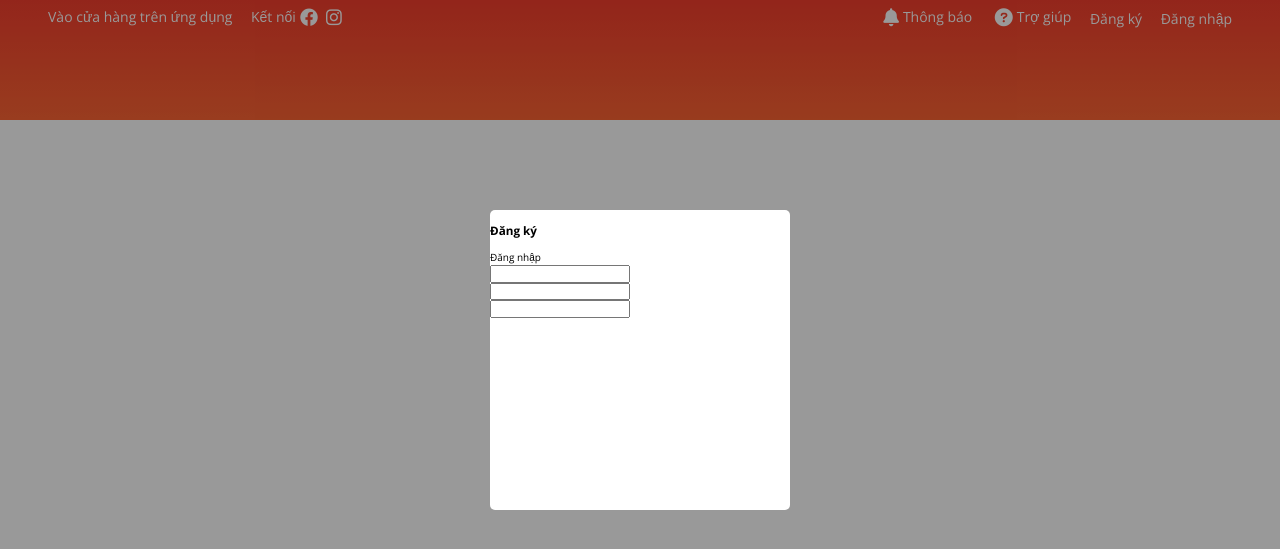
Repository: trongtamdev/Clone-Shopee-Page
Page: index.html
The author's editor kept a copy of each file at every save. The page is drawn from the files as they stood at one save, then again after the next save.
The browser window is 1280 px wide. The pictures show the whole page.

Above is the page before, as saved 2022-07-08 14:49:43.

### index.html
<!DOCTYPE html>
<html lang="en">

<head>
    <meta charset="UTF-8">
    <meta http-equiv="X-UA-Compatible" content="IE=edge">
    <meta name="viewport" content="width=device-width, initial-scale=1.0">
    <title>Document</title>
    <link rel="stylesheet" href="https://cdnjs.cloudflare.com/ajax/libs/normalize/8.0.1/normalize.min.css">
    <link rel="stylesheet" href="assets/css/base.css">
    <link rel="stylesheet" href="assets/css/main.css">
    <link rel="stylesheet" href="assets/fonts/fontawesome-free-6.1.1/css/all.min.css">
    <link href="https://fonts.googleapis.com/css2?family=Open+Sans:wght@300;400;500;700&display=swap" rel="stylesheet">
</head>
    <div class="app">
        <header class="header">
            <div class="grid">
                <nav class="header__navbar">
                    <ul class="header__navbar-list">
                        <li class="header__navbar-item header__navbar-item--has-qr">
                            Vào cửa hàng trên ứng dụng
                            <div class="header__qr">
                                <img src="assets/img/qr_code.png" alt="QR code" class="header__qr-img">
                                <div class="header__qr-apps">
                                    <a href="" class="header__qr-link">
                                        <img src="assets/img/google_play.png" alt="Google play" class="header__qr-download-img">
                                    </a>
                                    <a href="" class="header__qr-link">
                                        <img src="assets/img/app_store.png" alt="App store" class="header__qr-download-img">
                                    </a>
                                </div>
                            </div>
                        </li>
                        <li class="header__navbar-item">
                            <span class="header__navbar-title--no-pointer">Kết nối</span>
                            <a href="" class="header__navbar-icon-link">
                                <i class="header__navbar-icon fa-brands fa-facebook"></i>
                            </a>
                            <a href="" class="header__navbar-icon-link">
                                <i class="header__navbar-icon fa-brands fa-instagram"></i>
                            </a>
                        </li>
                    </ul>

                    <ul class="header__navbar-list">
                        <li class="header__navbar-item">
                            <a href="" class="header__navbar-item-link">
                                <i class="header__navbar-icon fa-solid fa-bell"></i>
                                Thông báo</a>
                        </li>

                        <li class="header__navbar-item">
                            <a href="" class="header__navbar-item-link">
                                <i class="header__navbar-icon fa-solid fa-circle-question"></i>
                                Trợ giúp</a>
                        </li>

                        <li class="header__navbar-item header__navbar-item--strong">Đăng ký</li>
                        <li class="header__navbar-item header__navbar-item--strong">Đăng nhập</li>
                    </ul>
                </nav>
            </div>

        </header>

        <div class="container">

        </div>

        <footer class="footer">

        </footer>
    </div>
    <div class="modal">
        <div class="modal__overlay">

        </div>
        <div class="modal__body">
            <div class="modal__inner">
                <!-- Auth form -->
                <div class="auth-form">
                    <div class="auth-form__header">
                        <h3 class="auth-form__heading">Đăng ký</h3>
                        <span class="auth-form__switch-btn">Đăng nhập</span>
                    </div>

                    <div class="auth-form__form">
                        <div class="auth-form__group">
                            <input type="text" class="auth-form__input" placeholder=""Email của bạn>
                        </div>

                        <div class="auth-form__group">
                            <input type="password" class="auth-form__input" placeholder=""Mật khẩu của bạn>
                        </div>

                        <div class="auth-form__group">
                            <input type="password" class="auth-form__input" placeholder=""Nhập lại mật khẩu>
                        </div>
                    </div>
                </div>
            </div>
        </div>
    </div>
<body>

</body>

</html>

### assets/css/base.css
:root {
    --white-color :#fff;
    --back-color :#000;
    --text-color : #333;
}

*{
    box-sizing: inherit;
}

html {
    font-size: 62.5%;
    line-height: 1.6rem;
    font-family: 'Open Sans', sans-serif;;
    box-sizing: border-box;
}

.grid {
    width: 1200px;
    max-width: 100%;
    margin: 0 auto;
}

.grid__full-width {
    width: 100%;
}

.grid__row {
    display: flex;
    flex-wrap: wrap
}

/* Animation */
@keyframes fadeIn {
    from {
        opacity: 0;
    }to {
        opacity: 1;
    }
}

/* Modal */

.modal {
    position: fixed;
    top: 0;
    right: 0;
    bottom: 0;
    left: 0;
    display: flex;
}

.modal__overlay {
    position: absolute;
    width: 100%;
    height: 100%;
    background-color: rgba(0, 0, 0, 0.4);
}

.modal__body {
    width: 300px;
    height: 300px;
    background-color: var(--white-color);
    margin: auto;
    position: relative;
    z-index: 1;
    border-radius: 5px;
}

### assets/css/main.css
.header {
    height: 120px;
    background-image: linear-gradient(0, #fe6433, #f53e2d);
}

.header__navbar {
    display: flex;
    justify-content: space-between;
}

.header__navbar-list {
    list-style: none;
    padding: 0;
    margin-top: 4px;
}

.header__navbar-item {
    margin: 0 8px;
    position: relative;
    min-height: 26px;
}

.header__navbar-item--has-qr:hover .header__qr {
    display: block;
}

.header__navbar-item,
.header__navbar-item-link{
    display: inline-block;
    font-size: 1.4rem;
    color :var(--white-color);
    text-decoration: none;
    font-weight: 300;
}

.header__navbar-item,
.header__navbar-item-link,
.header__navbar-icon-link {
    display: inline-flex;
    align-items: center;
}

.header__navbar-item:hover,
.header__navbar-item-link:hover,
.header__navbar-icon-link:hover{
    cursor: pointer;
    color: rgba(255, 255, 255, 0.7);
}

.header__navbar-item--strong {
    font-weight: 400;
}


.header__navbar-icon-link {
    color: var(--white-color);
    text-decoration: none;
}

.header__navbar-icon {
    font-size: 1.8rem;
    margin: 0 4px;
}

.header__navbar-title--no-pointer {
    color: var(--white-color);
    cursor: text;
}

/* Header QR code */

.header__qr {
    width: 186px;
    background-color: var(--white-color);
    position: absolute;
    left: 0;
    top: 118%;
    padding: 8px;
    border-radius: 2px;
    display: none;
    animation: fadeIn ease-in 0.5s;
}

.header__qr::before {
    position: absolute;
    left: 0;
    top: -16px;
    width: 100%;
    height: 20px;
    content: "";
    display: block;
}

.header__qr-img {
    width: 100%;
}

.header__qr-apps {
    display: flex;
}

.header__qr-link:nth-child(1) {
    margin-left: 11px;
}

.header__qr-link:nth-child(2) {
    margin-right: 11px;
}

.header__qr-download-img {
    height: 18px;
}

Loaded but not shown: assets/fonts/fontawesome-free-6.1.1/css/all.min.css (library)

After the next save:
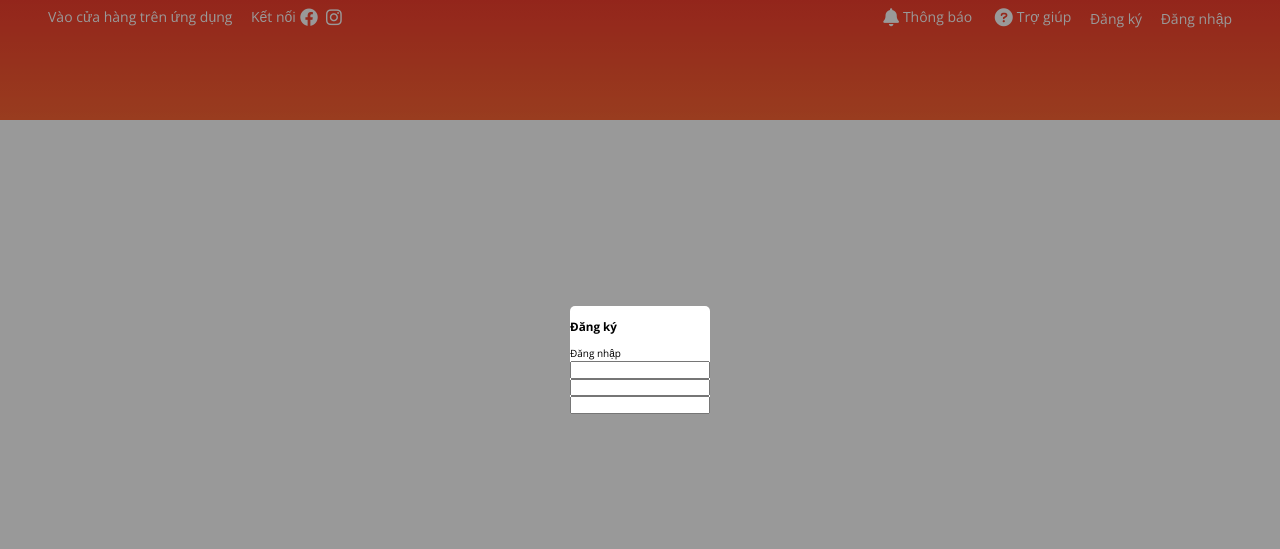
Saved 19 s later.
--- a/assets/css/base.css
+++ b/assets/css/base.css
@@ -58,8 +58,7 @@ html {
 }
 
 .modal__body {
-    width: 300px;
-    height: 300px;
+
     background-color: var(--white-color);
     margin: auto;
     position: relative;
